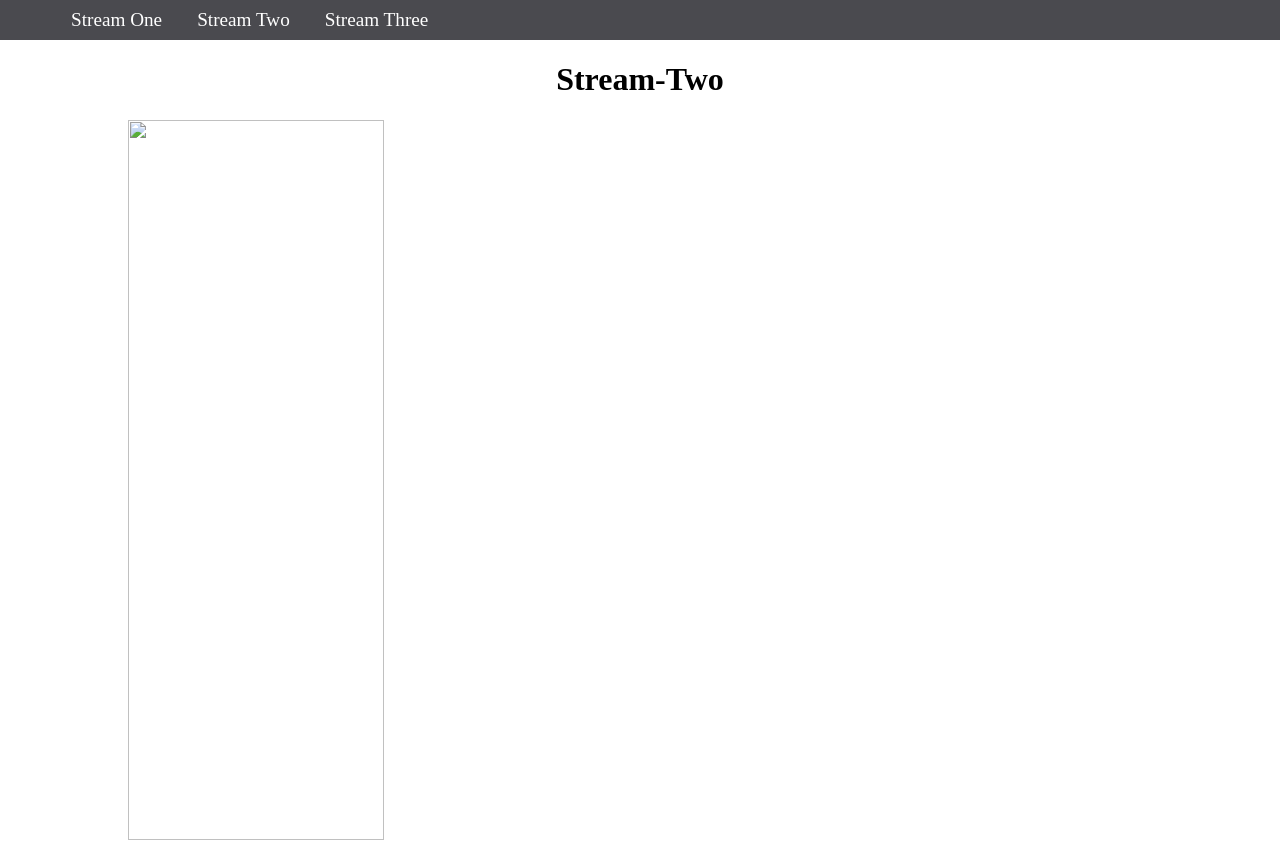
Repository: nosugref/my-first-website
Page: stream-two.html
The author's editor kept a record of every edit. The page is drawn from the files as they stood at one moment, then again after the next edit.
The browser window is 1280 px wide. The pictures show the whole page.

Above is the page before.

After the next edit:
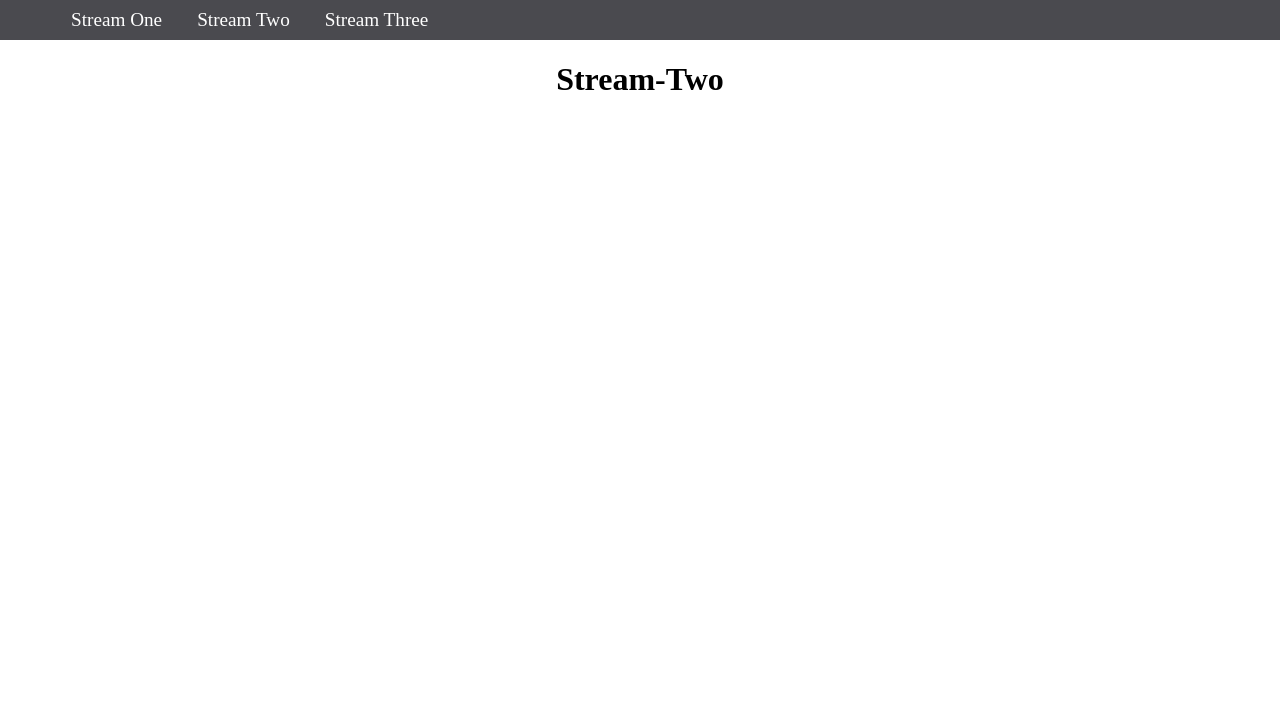
The edit:
--- a/stream-two.html
+++ b/stream-two.html
@@ -17,9 +17,7 @@
      <img src="https://www.google.co.uk/url?sa=i&rct=j&q=&esrc=s&source=images&cd=&ved=2ahUKEwiK1PadxPziAhWgA2MBHQ4aD8oQjRx6BAgBEAU&url=https%3A%2F%2Fen.wikipedia.org%2Fwiki%2FHTML5&psig=AOvVaw3RL0MkK1k4FnpAZZcmD8hD&ust=https://upload.wikimedia.org/wikipedia/commons/thumb/6/61/HTML5_logo_and_wordmark.svg/1200px-HTML5_logo_and_wordmark.svg.png>
      <h2>HTML5</h2>
      </a>
-     <div class"card"></div>
-     <a ref>
-
+     </div>
 
     </body>
 </html>
